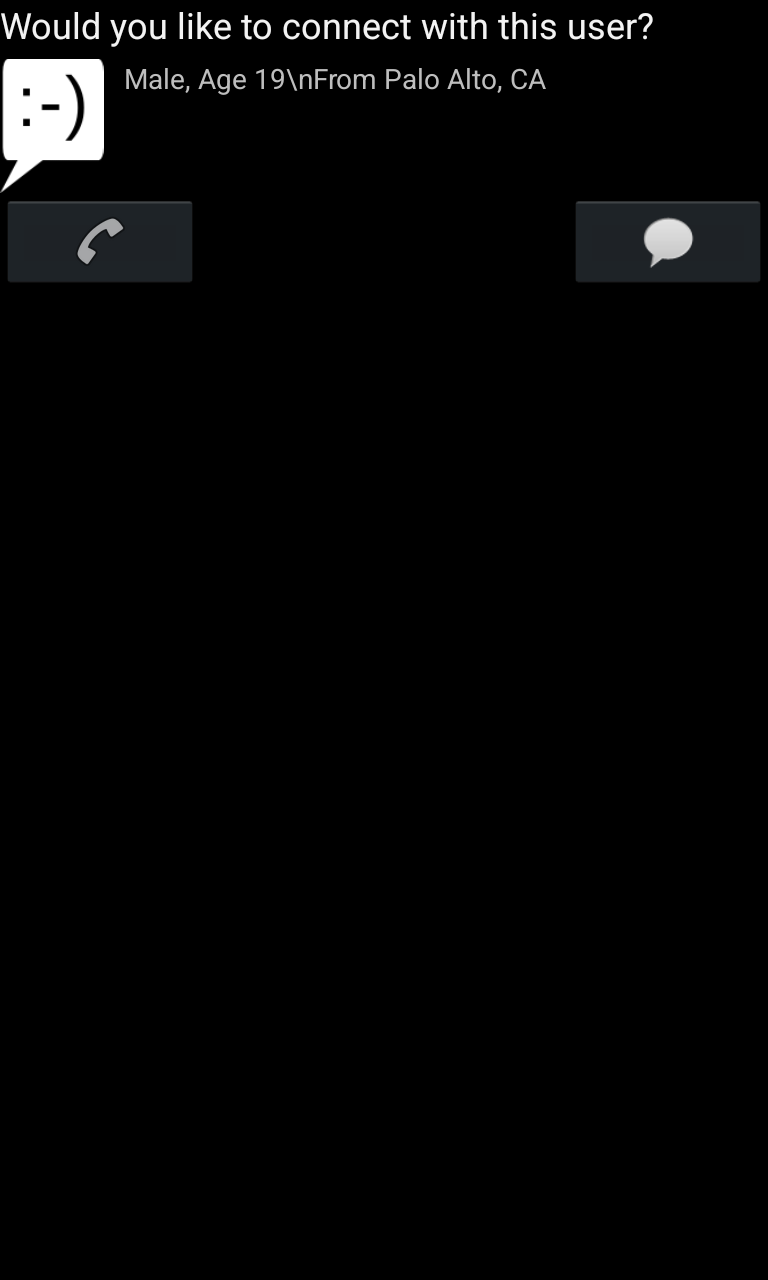
Repository: thomasteisberg/FamiliarFaces
Layout: Android/FamiliarFacesAndroid/res/layout/proposeconnection.xml
The author's editor kept a copy of each file at every save. The layout is drawn from the files as they stood at one save, then again after the next save.
It is drawn on a 768 x 1280 px phone screen (xhdpi) without system bars, with theme android:Theme.Holo; the app's code is not run.

Above is the layout before, as saved 2014-02-15 14:15:55.

### Android/FamiliarFacesAndroid/res/layout/proposeconnection.xml
<?xml version="1.0" encoding="utf-8"?>
<LinearLayout xmlns:android="http://schemas.android.com/apk/res/android"
    android:layout_width="match_parent"
    android:layout_height="match_parent"
    android:orientation="vertical">

    <TextView
        android:id="@+id/textView1"
        android:layout_width="wrap_content"
        android:layout_height="wrap_content"
        android:text="Would you like to connect with this user?"
        android:textAppearance="?android:attr/textAppearanceMedium" />

    <LinearLayout
        android:layout_width="match_parent"
        android:layout_height="wrap_content"
        android:layout_marginTop="10px">

        <ImageView
            android:id="@+id/imageView1"
            android:layout_width="52dp"
            android:layout_height="67dp"
            android:src="@drawable/icon" />

        <TextView
            android:id="@+id/textView2"
            android:layout_width="wrap_content"
            android:layout_height="wrap_content"
            android:text="Male, Age 19\nFrom Palo Alto, CA"
            android:textAppearance="?android:attr/textAppearanceSmall"
            android:layout_marginLeft="10dip" />
    </LinearLayout>

    <RelativeLayout
        android:layout_width="match_parent"
        android:layout_height="wrap_content"
        android:gravity="left" >

        <ImageButton
            android:id="@+id/imageButton1"
            android:layout_width="100dip"
            android:layout_height="wrap_content"
            android:layout_alignParentLeft="true"
            android:layout_below="@+id/imageButton1"
            android:src="@android:drawable/ic_menu_call" />

        <ImageButton
            android:id="@+id/imageButton2"
            android:layout_width="100dip"
            android:layout_height="wrap_content"
            android:layout_centerVertical="true"
            android:layout_alignParentRight="true"
            android:src="@android:drawable/sym_action_chat" />

    </RelativeLayout>

</LinearLayout>

After the next save:
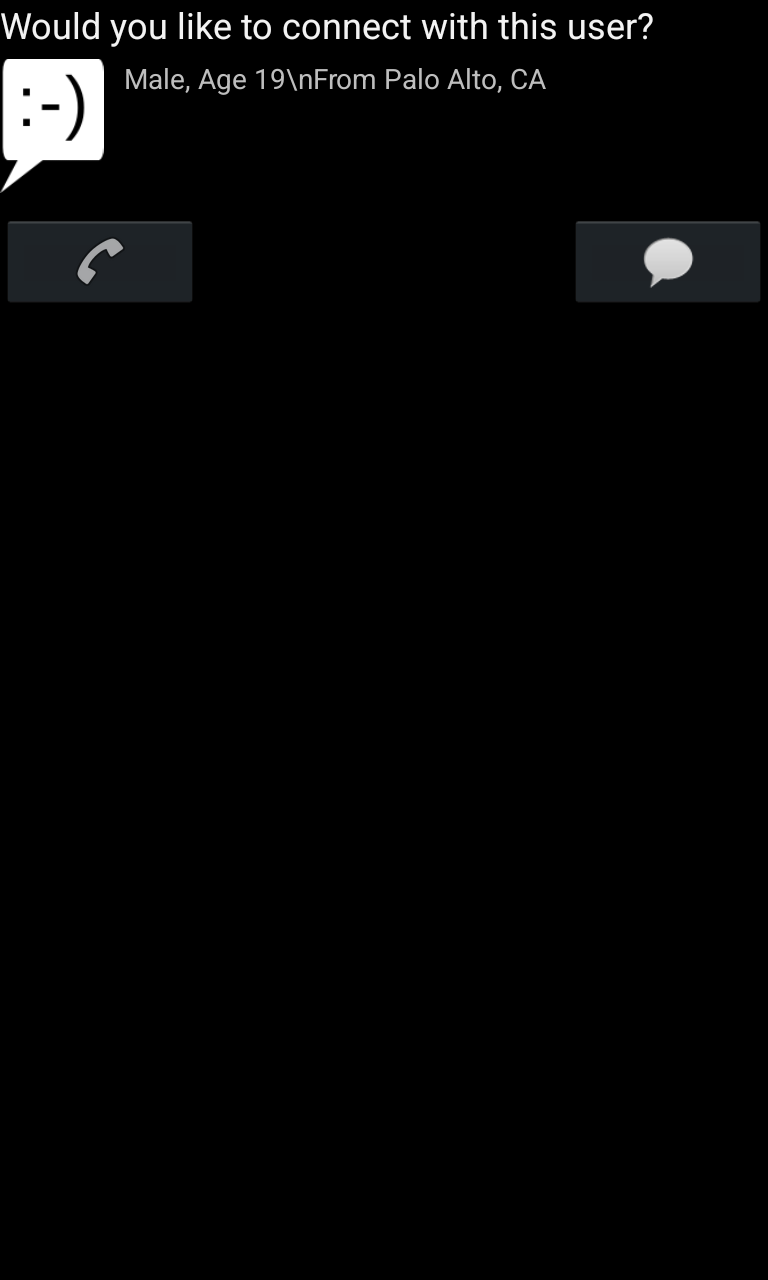
Saved 19 s later.
--- a/Android/FamiliarFacesAndroid/res/layout/proposeconnection.xml
+++ b/Android/FamiliarFacesAndroid/res/layout/proposeconnection.xml
@@ -34,7 +34,7 @@
     <RelativeLayout
         android:layout_width="match_parent"
         android:layout_height="wrap_content"
-        android:gravity="left" >
+        android:layout_marginTop="10dip">
 
         <ImageButton
             android:id="@+id/imageButton1"
